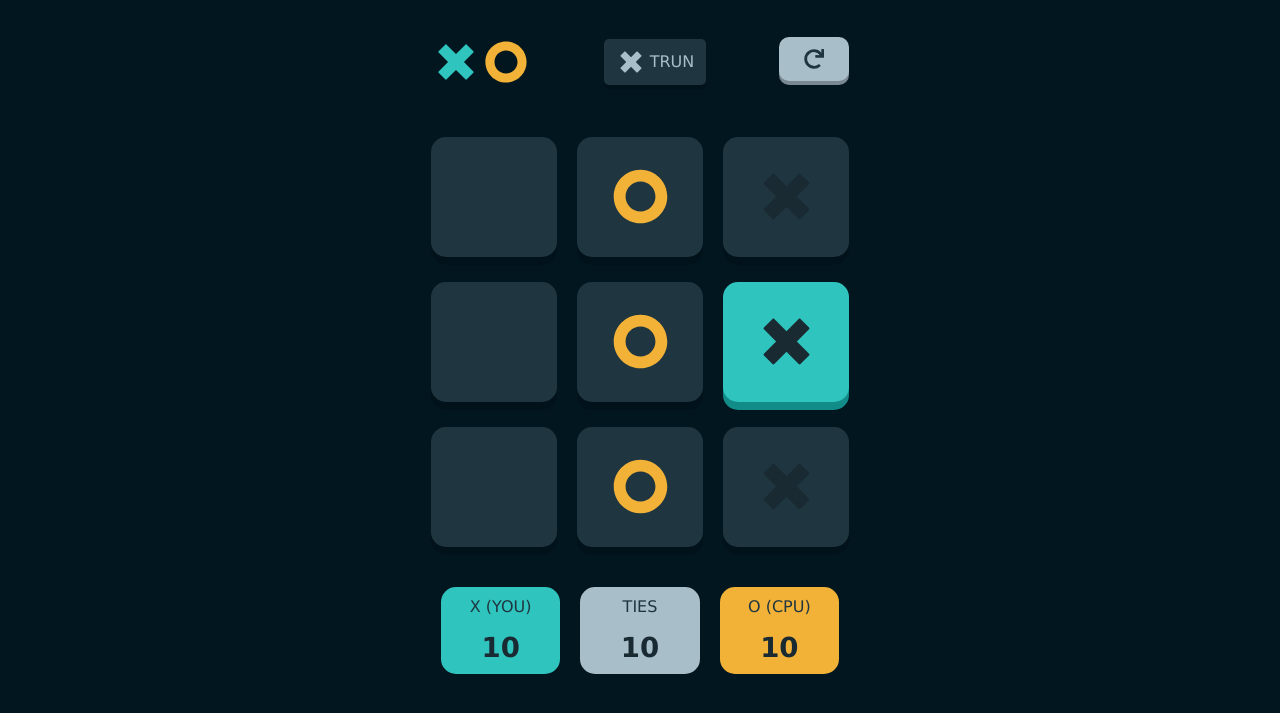
Repository: SD-Mdouka/XO_GAME
Page: /
The author's editor kept a copy of each file at every save. The page is drawn from the files as they stood at one save, then again after the next save.
The browser window is 1280 px wide. The pictures show the whole page.
The project was rebuilt for these pictures with package versions that can differ from the ones it lists, and the page was loaded fresh each time. Also part of the build but not shown: src/component/start/Start.js.

Above is the page before, as saved 2022-08-30 10:34:40.

### src/index.js
import React from "react";
import ReactDOM from "react-dom/client";
import "./index.css";
import App from "./App";
import { ModalState } from "./component/context/ModalContext";

const root = ReactDOM.createRoot(document.getElementById("root"));
root.render(
  <React.StrictMode>
    <ModalState>
      <App />
    </ModalState>
  </React.StrictMode>
);

### src/index.css
* {
    padding: 0;
    margin: 0;
    box-sizing: border-box;
}

:root {
    --color-bg-dark: #192a33;
    --color-bg-light: #1f3640;
    --color-gray: #a8bec9;
    --color-gray-dark: #7a8991;
    --color-yellow: #f2b238;
    --color-yellow-dark: #cd8d16;
    --color-blue: #30c4be;
    --color-blue-dark: #128c89;
    --shadow-y: 6px;
}

html {
    font-family: "Lucida Sans", "Lucida Sans Regular", "Lucida Grande", "Lucida Sans Unicode", Geneva, Verdana, sans-serif;
    text-transform: uppercase;
    font-size: 16px;
}

body {
    background-color: var(--color-bg-dark);
    color: var(--color-gray);
}

.App {
    background-color: #021620;
    min-height: 100vh;
    display: flex;
    align-items: center;
    justify-content: center;
}

.container {
    max-width: 450px;
    width: 100%;
    margin-inline: auto;
    padding: 2rem 1rem;
}


/*utilites*/

.card {
    padding: 25px;
    display: flex;
    flex-direction: column;
    gap: 25px;
    border-radius: 15px;
    background-color: var(--color-bg-light);
    -webkit-border-radius: 15px;
    -moz-border-radius: 15px;
    -ms-border-radius: 15px;
    -o-border-radius: 15px;
    text-align: center;
}

.text-lg {
    font-size: 1.25rem;
}

.text-xl {
    font-size: 1.5rem;
}

.text-2xl {
    font-size: 1.725rem;
}

.text-light {
    color: var(--color-gray);
}

.text-blue {
    color: var(--color-blue);
}

.text-yellow {
    color: var(--color-yellow);
}

.bg-blue {
    background-color: var(--color-blue);
    color: var(--color-bg-dark);
}

.bg-yellow {
    background-color: var(--color-yellow);
    color: var(--color-bg-dark);
}

.bg-light {
    background-color: var(--color-gray);
    color: var(--color-bg-dark);
}

.bg-blue.text-light,
.bg-blue .text-light,
.bg-yellow.text-light,
.bg-yellow .text-light,
.bg-light .text-light,
.bg-light.text-light {
    color: var(--color-bg-light);
}

.btn {
    background-color: var(--color-gray);
    border: none;
    font-size: 1.125rem;
    font-weight: bold;
    padding: 12px 25px;
    text-transform: uppercase;
    cursor: pointer;
    border-radius: 10px;
    -webkit-border-radius: 10px;
    -moz-border-radius: 10px;
    -ms-border-radius: 10px;
    -o-border-radius: 10px;
    color: var(--color-bg-light);
    display: inline-block;
    box-shadow: 0 var(--shadow-y) 0 var(--color-gray-dark);
    margin-bottom: 6px;
    transition: all 0.2s;
    -webkit-transition: all 0.2s;
    -moz-transition: all 0.2s;
    -ms-transition: all 0.2s;
    -o-transition: all 0.2s;
}

.btn:hover {
    --shadow-y: 8px;
    transform: translateY(-2px);
    -webkit-transform: translateY(-2px);
    -moz-transform: translateY(-2px);
    -ms-transform: translateY(-2px);
    -o-transform: translateY(-2px);
}

.btn:active {
    --shadow-y: 4px;
    transform: translateY(2px);
    -webkit-transform: translateY(2px);
    -moz-transform: translateY(2px);
    -ms-transform: translateY(2px);
    -o-transform: translateY(2px);
}

.btn-yellow {
    background-color: var(--color-yellow);
    box-shadow: 0 var(--shadow-y) 0 var(--color-yellow-dark);
}

.btn-blue {
    background-color: var(--color-blue);
    box-shadow: 0 var(--shadow-y) 0 var(--color-blue-dark);
}

.btn-sm {
    --shadow-y: 4px;
}

.btn-sm:hover {
    --shadow-y: 6px;
}

.btn-sm:active {
    --shadow-y: 3px;
}

.shadow-gray {
    box-shadow: 0 8px 0 rgba(0, 0, 0, 0.2);
}

.shadow-blue {
    box-shadow: 0 8px 0 var(--color-blue-dark);
}

.shadow-yellow {
    box-shadow: 0 8px 0 var(--color-yellow-dark);
}


/* icons */

.icon {
    display: inline-block;
}

.icon svg {
    fill: var(--color-gray);
    height: 50px;
    width: 50px;
    vertical-align: middle;
}

.icon-sm svg {
    height: 30px;
    width: 30px;
}

.icon-lg svg {
    height: 65px;
    width: 65px;
}

.icon-yellow svg {
    fill: var(--color-yellow);
}

.icon-blue svg {
    fill: var(--color-blue);
}

.icon-dark svg {
    fill: var(--color-bg-dark);
}


/* Sarte */

.start {
    display: flex;
    flex-direction: column;
    gap: 25px;
}

.start__header {
    display: flex;
    align-items: center;
    justify-content: center;
}

.start__players {
    background-color: var(--color-bg-dark);
    padding: 10px;
    border-radius: 15px;
    -webkit-border-radius: 15px;
    -moz-border-radius: 15px;
    -ms-border-radius: 15px;
    -o-border-radius: 15px;
    display: flex;
    align-items: center;
    box-shadow: inset 0 0 8px rgba(0, 0, 0, 0.2);
}

.start__players span {
    width: 50%;
    display: flex;
    align-items: center;
    justify-content: center;
    padding: 15px 10px;
    border-radius: 10px;
    -webkit-border-radius: 10px;
    -moz-border-radius: 10px;
    -ms-border-radius: 10px;
    -o-border-radius: 10px;
    cursor: pointer;
}

.start__players--active {
    background-color: var(--color-gray);
    box-shadow: 0 0 8px rgba(255, 255, 255, 0.2);
}

.start__btns {
    display: flex;
    flex-direction: column;
    gap: 12px;
}


/* board */

.board__header {
    display: flex;
    justify-content: space-between;
    align-items: center;
    margin-bottom: 50px;
}

.board__turn {
    border-radius: 5px;
    background-color: var(--color-bg-light);
    -webkit-border-radius: 5px;
    -moz-border-radius: 5px;
    -ms-border-radius: 5px;
    -o-border-radius: 5px;
    padding: 8px 12px;
    align-items: center;
    display: flex;
    gap: 4px;
    box-shadow: 0 4px 0 rgba(0, 0, 0, 0.2);
}

.board__restart svg {
    height: 20px;
    display: flex;
    align-items: center;
    transform-origin: center;
    transition: all 0.3s;
    -webkit-transition: all 0.3s;
    -moz-transition: all 0.3s;
    -ms-transition: all 0.3s;
    -o-transition: all 0.3s;
}

.board__restart:active svg {
    transform: rotate(180deg);
    -webkit-transform: rotate(180deg);
    -moz-transform: rotate(180deg);
    -ms-transform: rotate(180deg);
    -o-transform: rotate(180deg);
}

.board__body {
    display: grid;
    grid-template-columns: repeat(3, 1fr);
    gap: 25px 20px;
}

.board__body .card {
    height: 120px;
    display: flex;
    align-items: center;
    justify-content: center;
    cursor: pointer;
    padding-inline: 10px;
}

.board__body .active.shadow-blue {
    background-color: var(--color-blue);
}

.board__body .active.shadow-yellow {
    background-color: var(--color-yellow);
}

.board__body .active.shadow-dark {
    background-color: var(--color-bg-dark);
}

.board__footer {
    margin-top: 30px;
    display: grid;
    grid-template-columns: repeat(3, 1fr);
    gap: 20px;
    padding: 10px;
}

.board__footer .card {
    gap: 15px;
    padding: 10px;
}


/*modal*/

.modal {
    position: fixed;
    top: 0;
    left: 0;
    width: 100vw;
    height: 100vh;
    z-index: 999;
    background-color: rgba(0, 0, 0, 0.5);
    display: flex;
    align-items: center;
}

.modal__content {
    width: 100%;
    background-color: var(--color-bg-light);
}


/*score*/

.score {
    text-align: center;
}

.score__title {
    font-size: 2rem;
    display: flex;
    align-items: center;
    justify-content: center;
    gap: 6px;
    margin: 30px 0;
}

.score__btns {
    display: flex;
    align-items: center;
    justify-content: center;
    gap: 15px;
}


/*restart*/

.restart {
    text-align: center;
}

.restart__title {
    font-size: 2rem;
    display: flex;
    align-items: center;
    justify-content: center;
    gap: 6px;
    margin-bottom: 30px;
}

.restart__btns {
    display: flex;
    align-items: center;
    justify-content: center;
    gap: 15px;
}

### src/App.js
import Board from "./component/board/Board";
import Modal from "./component/modal/Modal";
import Start from "./component/start/Start";

function App() {
  return (
    <div className="App">
      <div className="container">
        {/* <Start /> */}
        <Board />
      </div>
      <Modal />
    </div>
  );
}

export default App;

### src/component/context/ModalContext.js
import { createContext, useState } from "react";

const ModalContext = createContext();

const ModalState = (props) => {
  const [show, setShow] = useState(false);
  const [mode, setMode] = useState("winner"); // winer , start
  const showModal = () => setShow(true);
  const hideModal = () => setShow(false);

  return (
    <ModalContext.Provider
      value={{
        show,
        modalMode: mode,
        setModalMode: setMode,
        showModal,
        hideModal,
      }}
    >
      {props.children}
    </ModalContext.Provider>
  );
};
export { ModalContext, ModalState };

### src/component/board/Board.js
import React from "react";
import Xicons from "../icons/Xicons";
import Oicons from "../icons/Oicons";
import Refrsh from "../icons/Refrsh";
import BorardCard from "./BorardCard";

const Board = () => {
  const squars = [" ", "o", "x", " ", "o", "x", " ", "o", "x"];
  return (
    <div className="board">
      <div className="board__header">
        <div>
          <Xicons />
          <Oicons />
        </div>
        <div className="board__turn">
          <Xicons color={"ligth"} size="sm" /> trun
        </div>
        <div>
          <button className="btn btn-sm board__restart">
            <Refrsh />
          </button>
        </div>
      </div>
      <div className="board__body">
        {squars.map((sq, ix) => (
          <BorardCard key={ix} index={ix} user={sq} active={ix === 5} />
        ))}
      </div>
      <div className="board__footer">
        <div className="card bg-blue">
          <p className="text-light">x (you)</p>
          <strong className="text-2xl">10</strong>
        </div>
        <div className="card bg-light">
          <p className="text-light">ties</p>
          <strong className="text-2xl">10</strong>
        </div>
        <div className="card bg-yellow">
          <p className="text-light">o (cpu)</p>
          <strong className="text-2xl">10</strong>
        </div>
      </div>
    </div>
  );
};

export default Board;

### src/component/modal/Modal.js
import React, { useContext } from "react";
import { ModalContext } from "../context/ModalContext";
import Restart from "./Restart";
import Win from "./Win";

const Modal = () => {
  const { show, modalMode } = useContext(ModalContext);
  return (
    <>
      {show && (
        <div className="modal">
          <div className="modal__content">
            <div className="container">
              {modalMode === "winner" && <Win />}
              {modalMode === "winner" && <Restart />}
            </div>
          </div>
        </div>
      )}
    </>
  );
};

export default Modal;

### src/component/icons/Xicons.js
import React from "react";

const Xicon = ({ color, size }) => {
  return (
    <div
      className={`icon ${color ? "icon-" + color : "icon-blue"} ${
        size && "icon-" + size
      }`}
    >
      <svg
        version="1.1"
        id="Layer_1"
        x="0px"
        y="0px"
        width="100px"
        height="100px"
        viewBox="0 0 100 100"
      >
        <path
          d="M84.707,68.752L65.951,49.998l18.75-18.752c0.777-0.777,0.777-2.036,0-2.813L71.566,15.295
	c-0.777-0.777-2.037-0.777-2.814,0L49.999,34.047l-18.75-18.752c-0.746-0.747-2.067-0.747-2.814,0L15.297,28.431
	c-0.373,0.373-0.583,0.88-0.583,1.407c0,0.527,0.21,1.034,0.583,1.407L34.05,49.998L15.294,68.753
	c-0.373,0.374-0.583,0.88-0.583,1.407c0,0.528,0.21,1.035,0.583,1.407l13.136,13.137c0.373,0.373,0.881,0.583,1.41,0.583
	c0.525,0,1.031-0.21,1.404-0.583l18.755-18.755l18.756,18.754c0.389,0.388,0.896,0.583,1.407,0.583c0.511,0,1.019-0.195,1.408-0.583
	l13.138-13.137C85.484,70.789,85.484,69.53,84.707,68.752z"
        />
      </svg>
    </div>
  );
};

export default Xicon;

### src/component/icons/Oicons.js
import React from "react";

const Oicon = ({ color, size }) => {
  return (
    <div
      className={`icon ${color ? "icon-" + color : "icon-yellow"} ${
        size && "icon-" + size
      }`}
    >
      <svg
        version="1.1"
        id="Layer_1"
        x="0px"
        y="0px"
        viewBox="-169 -35 100 100"
      >
        <g>
          <path
            d="M-119,56.2c-22.7,0-41.2-18.5-41.2-41.2s18.5-41.2,41.2-41.2c22.7,0,41.2,18.5,41.2,41.2S-96.3,56.2-119,56.2z M-119-8
		c-12.7,0-23,10.3-23,23c0,12.7,10.3,23,23,23s23-10.3,23-23C-96,2.3-106.3-8-119-8z"
          />
        </g>
      </svg>
    </div>
  );
};

export default Oicon;

### src/component/icons/Refrsh.js
import React from "react";

const Refrsh = () => {
  return (
    <svg
      aria-hidden="true"
      focusable="false"
      data-prefix="fas"
      data-icon="redo"
      role="img"
      xmlns="http://www.w3.org/2000/svg"
      viewBox="0 0 512 512"
    >
      <path
        fill="currentColor"
        d="M500.33 0h-47.41a12 12 0 0 0-12 12.57l4 82.76A247.42 247.42 0 0 0 256 8C119.34 8 7.9 119.53 8 256.19 8.1 393.07 119.1 504 256 504a247.1 247.1 0 0 0 166.18-63.91 12 12 0 0 0 .48-17.43l-34-34a12 12 0 0 0-16.38-.55A176 176 0 1 1 402.1 157.8l-101.53-4.87a12 12 0 0 0-12.57 12v47.41a12 12 0 0 0 12 12h200.33a12 12 0 0 0 12-12V12a12 12 0 0 0-12-12z"
      ></path>
    </svg>
  );
};

export default Refrsh;

### src/component/board/BorardCard.js
import React from "react";
import Xicons from "../icons/Xicons";
import Oicons from "../icons/Oicons";

const BorardCard = ({ user = "nouser", active, index }) => {
  return (
    <div
      className={`card
      ${active && user === "x" && "shadow-blue"}
    ${active && user === "o" && "shadow-yellow"}
    ${!active ? "shadow-gray" : "active"}
    `}
    >
      {user === "x" && <Xicons color={"dark"} size="lg" />}
      {user === "o" && <Oicons size="lg" />}
    </div>
  );
};

export default BorardCard;

### src/component/modal/Restart.js
import React from "react";

const Restart = () => {
  return (
    <div className="restart">
      <h3 className="restart__title">Restart Game ?</h3>
      <div className="restart__btns">
        <button className="btn btn-sm">no,cancel</button>
        <button className="btn btn-sm btn-yellow">yes,restart</button>
      </div>
    </div>
  );
};

export default Restart;

### src/component/modal/Win.js
import React from "react";
import Xicon from "../icons/Xicons";

const Win = () => {
  return (
    <div className="score">
      <p>you win !</p>
      <h3 className="score__title">
        <Xicon /> Takes the round
      </h3>
      <div className="score__btns">
        <button className="btn btn-sm">Quit</button>
        <button className="btn btn-sm btn-yellow">Next Round</button>
      </div>
    </div>
  );
};

export default Win;

Loaded but not shown: public/index.html (common file)

After the next save:
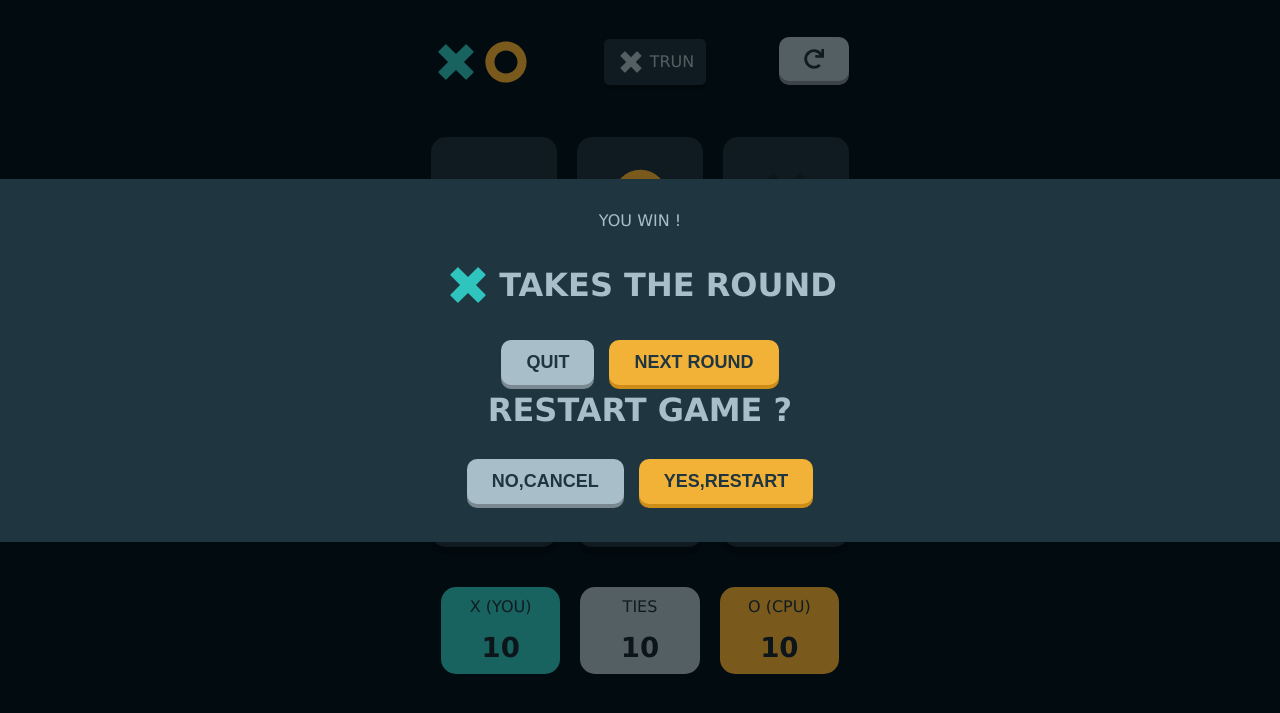
Saved 12 s later.
--- a/src/component/context/ModalContext.js
+++ b/src/component/context/ModalContext.js
@@ -3,7 +3,7 @@ import { createContext, useState } from "react";
 const ModalContext = createContext();
 
 const ModalState = (props) => {
-  const [show, setShow] = useState(false);
+  const [show, setShow] = useState(true);
   const [mode, setMode] = useState("winner"); // winer , start
   const showModal = () => setShow(true);
   const hideModal = () => setShow(false);
